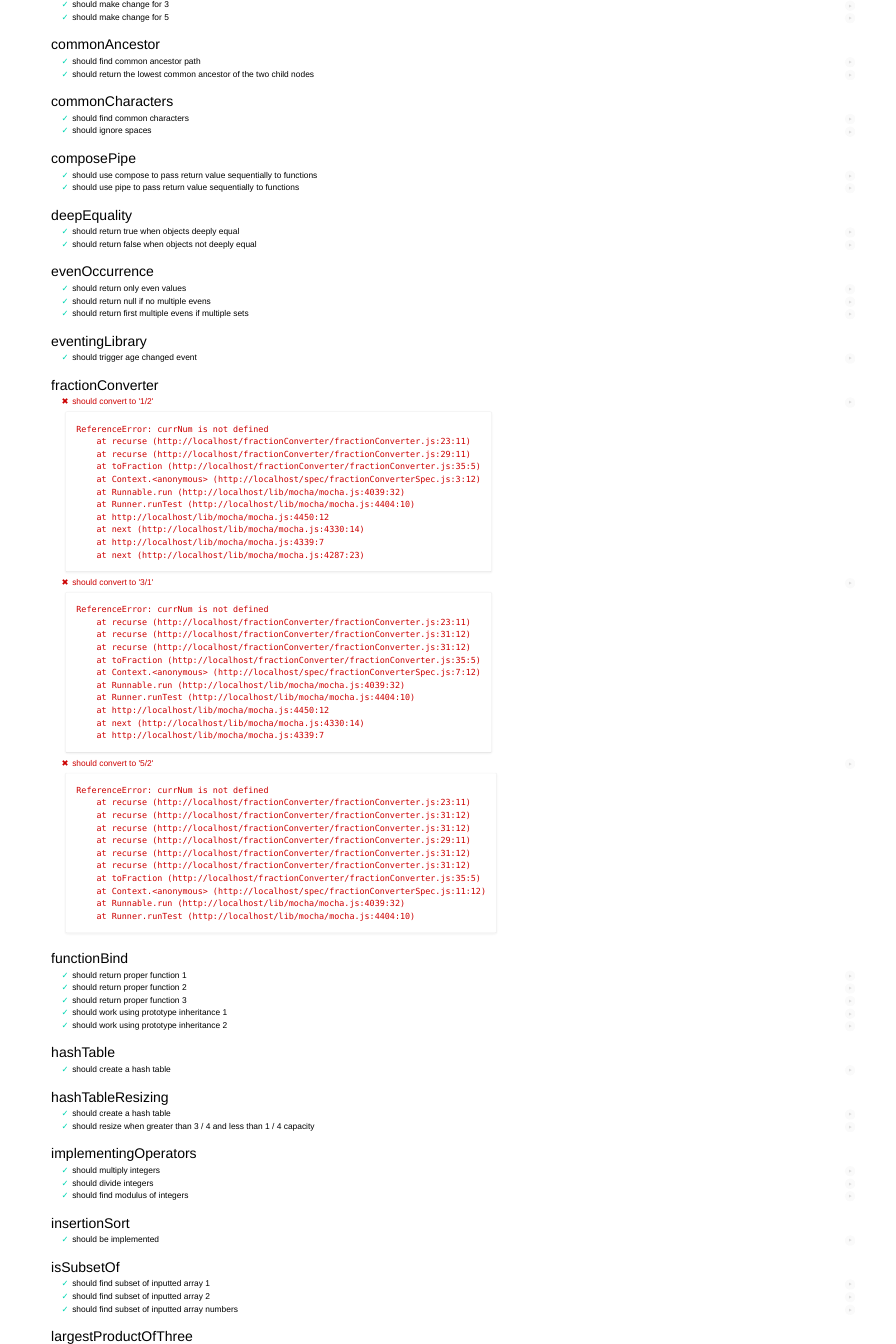
Repository: scottrice10/javascript-interview-questions
Page: SpecRunner.html
The author's editor kept a record of every edit. The page is drawn from the files as they stood at one moment, then again after the next edit.
The browser window is 1280 px wide. The pictures show the part of the page from y = 691 to 2611 px (the page is 5452 px tall), at 70% of full size.

Above is the page before.

After the next edit:
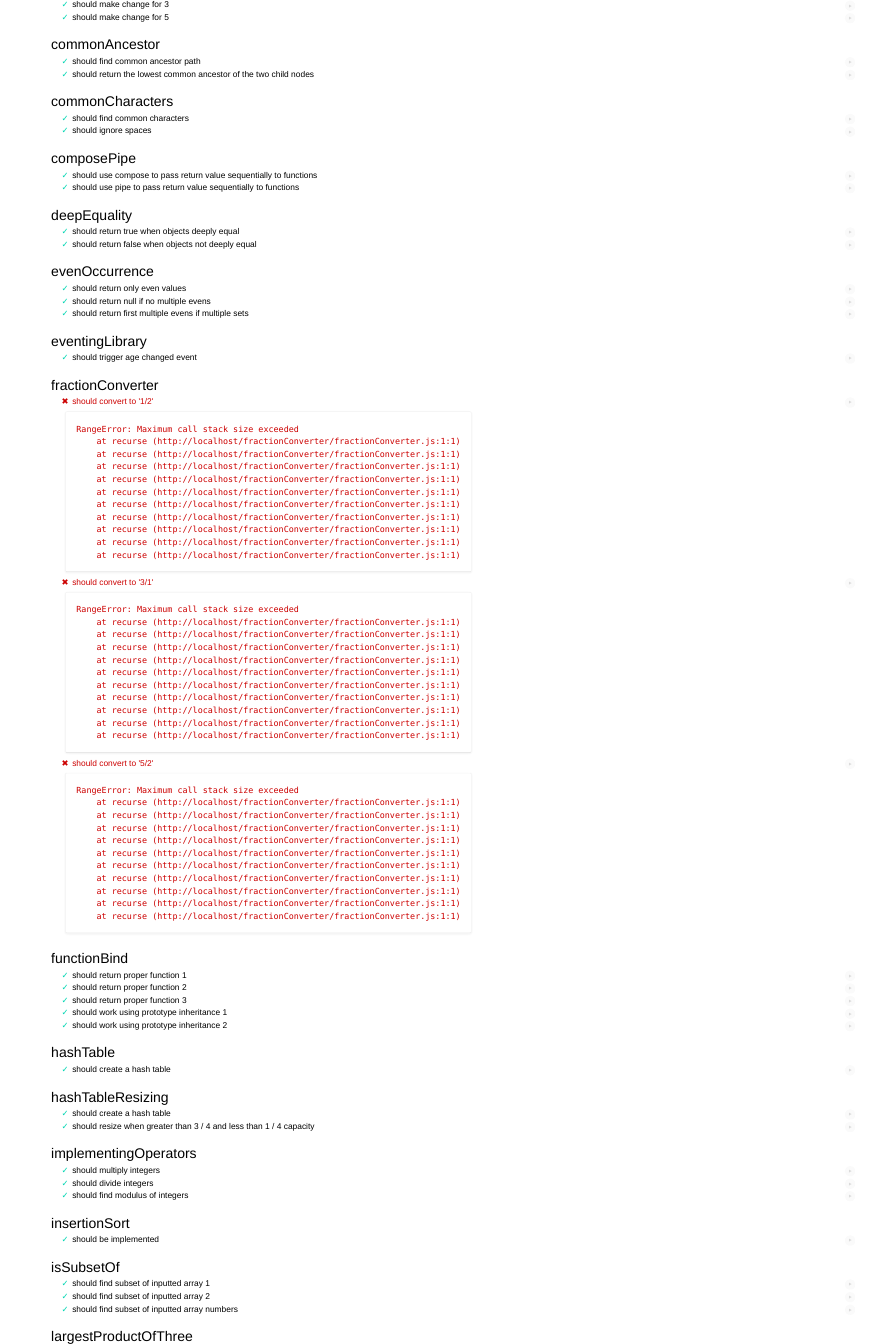
The edit:
--- a/fractionConverter/fractionConverter.js
+++ b/fractionConverter/fractionConverter.js
@@ -18,18 +18,18 @@
     var isNegative = false;
     var result = "";
 
-    var recurse = function(numerator,denominator){
-       if(numerator / denominator === number){
+    var recurse = function(currNum,currDenom){
+        if(numerator / denominator === number){
           numerator = currNum;
           denominator = currDenom;
           return;
-       }
+        }
 
-       if(numerator / denominator > number){
+        if(numerator / denominator > number){
           recurse(numerator, denominator + 1);
-       } else {
-           recurse(numerator + 1, denominator);
-       }
+        } else {
+          recurse(numerator + 1, denominator);
+        }
     }
 
     recurse(1,1);
